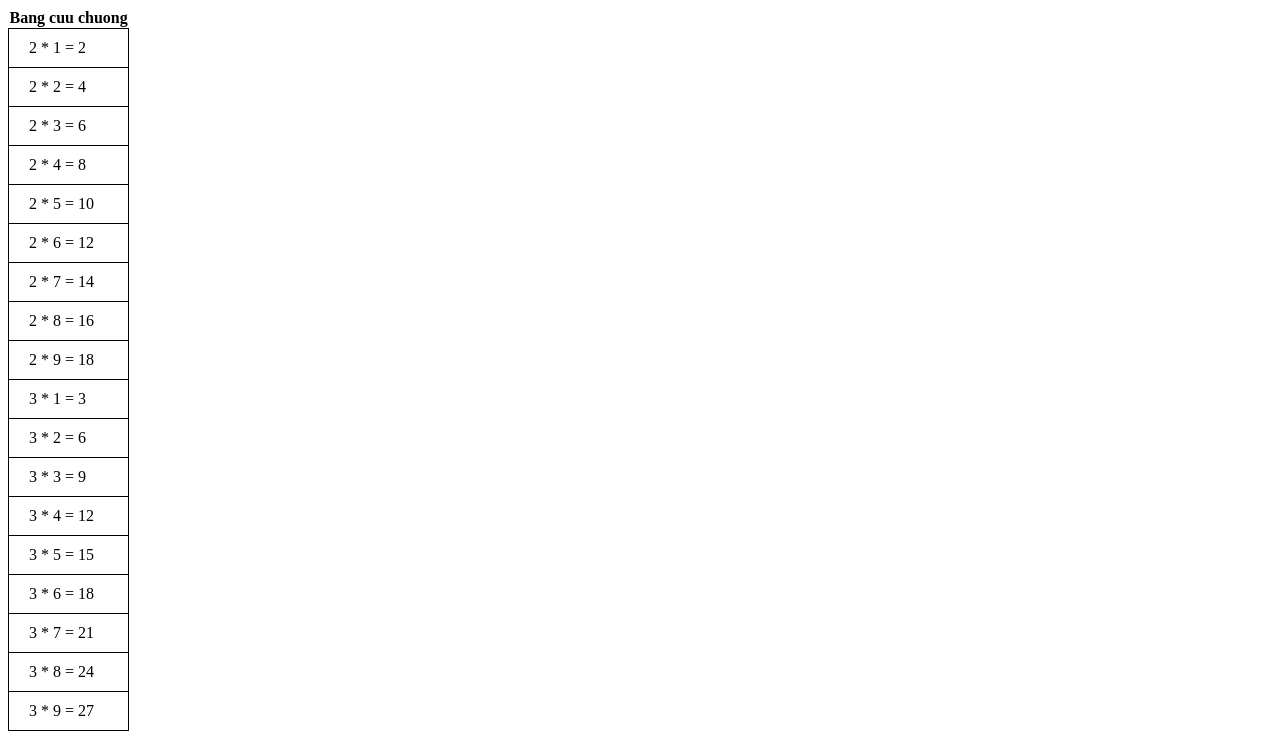
Repository: lhggiang/bangcuuchuong
Page: index.html
The author's editor kept a copy of each file at every save. The page is drawn from the files as they stood at one save, then again after the next save.
The browser window is 1280 px wide. The pictures show the whole page.

Above is the page before, as saved 2023-05-19 07:32:09.

After the next save:
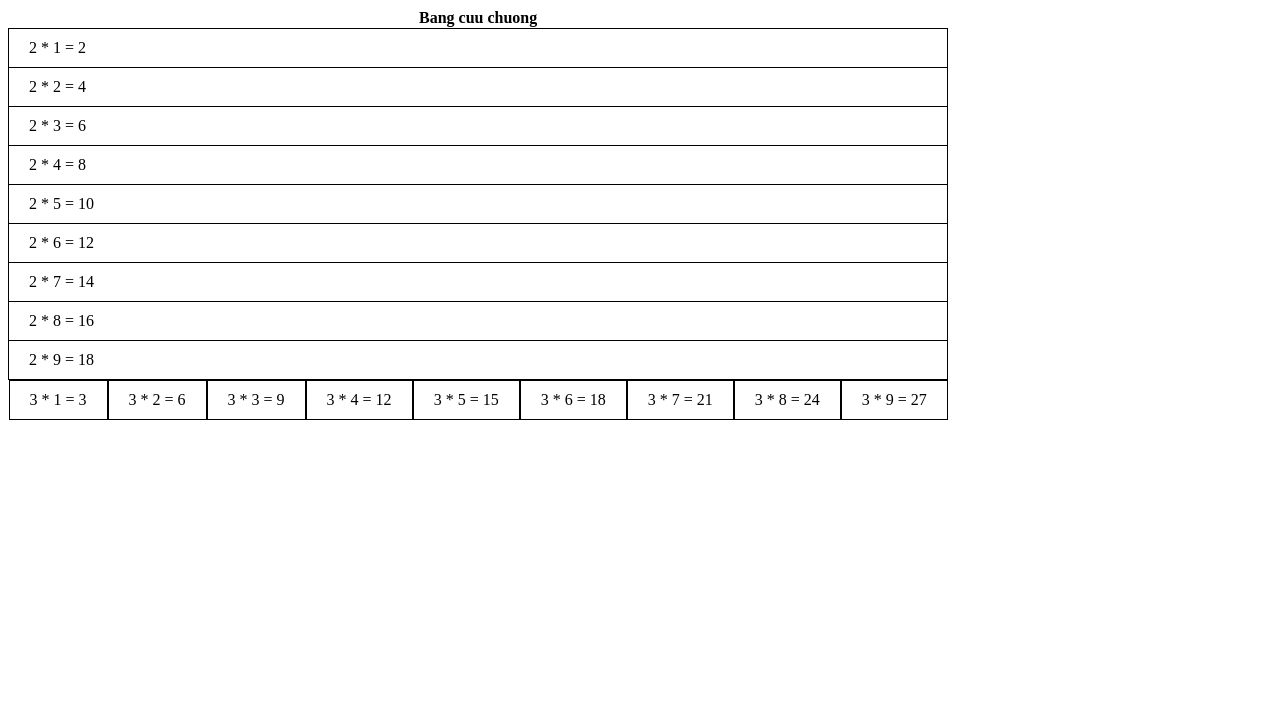
Saved 61 s later.
--- a/javascript.js
+++ b/javascript.js
@@ -22,7 +22,7 @@
   table.appendChild(tbody);
 }
 for (let i = 1; i <= 9; i++) {
-  let row_3 = document.createElement("tr");
+  let row_3 = document.createElement("tl");
   let row_3_data_1 = document.createElement("td");
   row_3_data_1.innerHTML = `3 * ${i} = ${i * 3}`;
   row_3.appendChild(row_3_data_1);

After the save that followed:
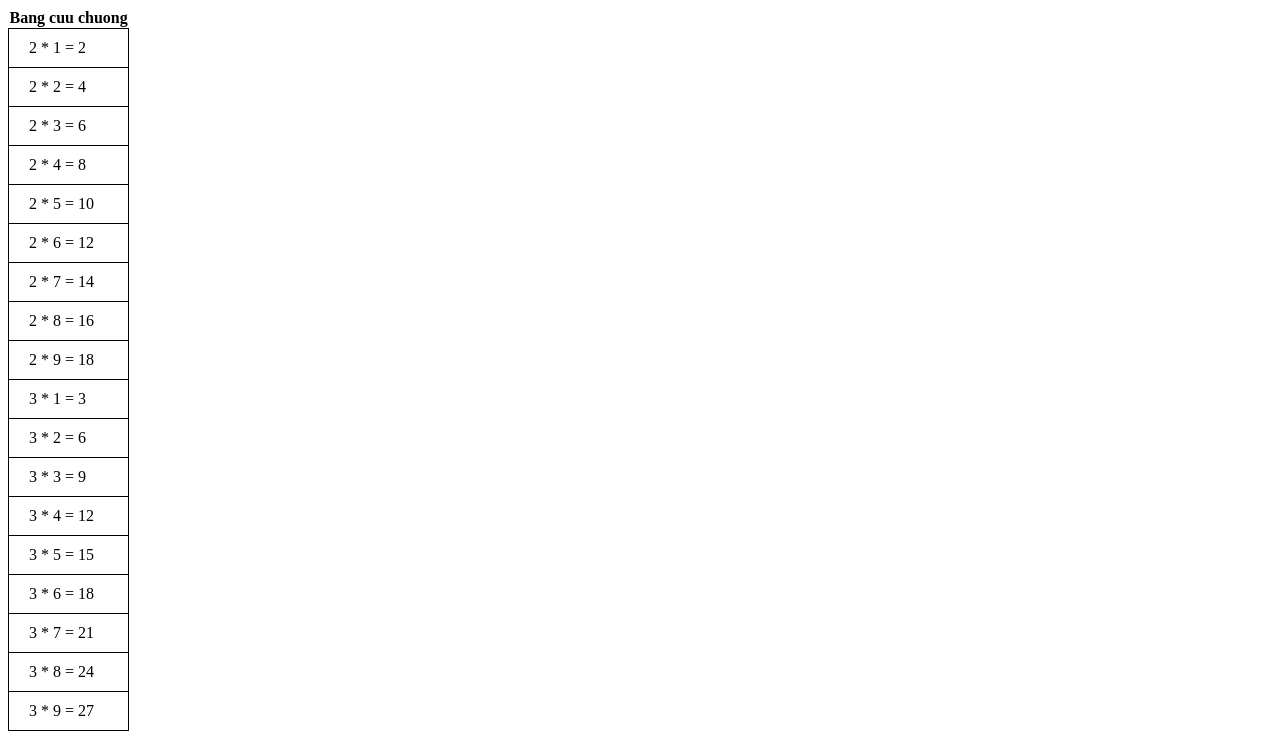
Saved 29 s later.
--- a/javascript.js
+++ b/javascript.js
@@ -22,7 +22,7 @@
   table.appendChild(tbody);
 }
 for (let i = 1; i <= 9; i++) {
-  let row_3 = document.createElement("tl");
+  let row_3 = document.createElement("tr");
   let row_3_data_1 = document.createElement("td");
   row_3_data_1.innerHTML = `3 * ${i} = ${i * 3}`;
   row_3.appendChild(row_3_data_1);
